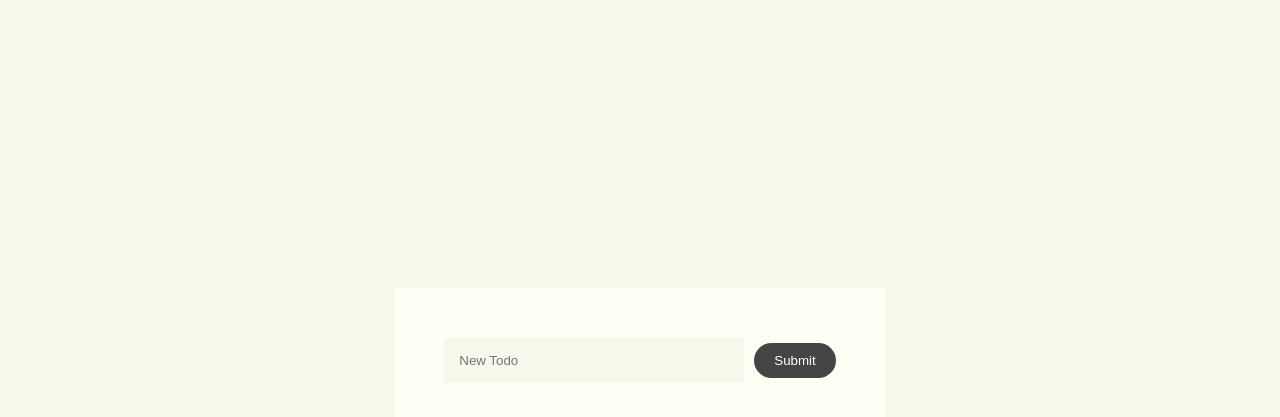
Repository: Subhadeep2609/Todo_React
Page: /
An editor plug-in stored every save of this project. The page is shown before and after the next save, followed by the edit.
The browser window is 1280 px wide. The pictures show the whole page.
The project was rebuilt for these pictures with package versions that can differ from the ones it lists, and the page was loaded fresh each time. Also part of the build but not shown: vite.config.js.

Above is the page before, as saved 2025-09-04 13:32:01.

After the next save:
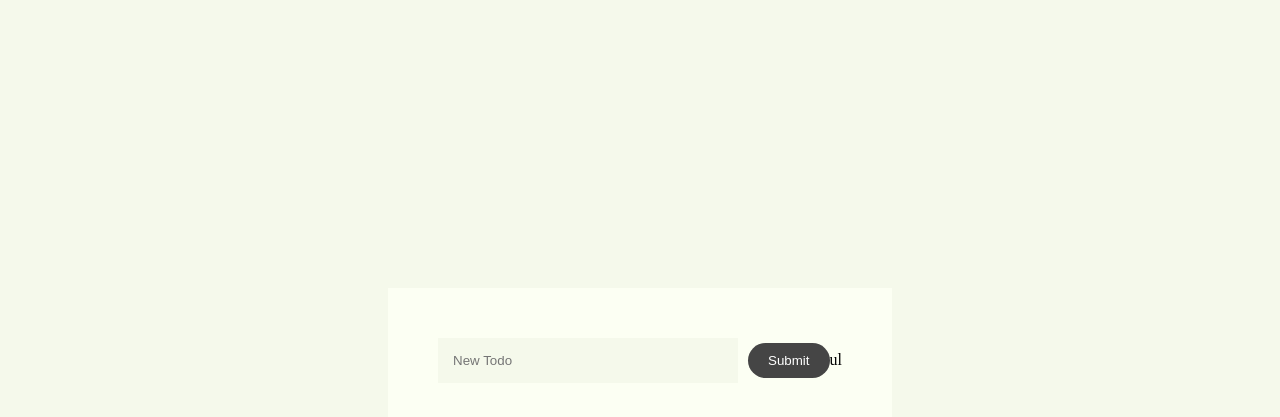
Saved 33 s later.
--- a/src/components/Todo.jsx
+++ b/src/components/Todo.jsx
@@ -18,6 +18,8 @@ const Todo = () => {
         <input type="text" placeholder="New Todo" value={input} onChange={(e)=>setInput(e.target.value)}/>
 
         <button onClick={handleSubmit}>Submit</button>
+
+        ul
     </div>
   )
 }
